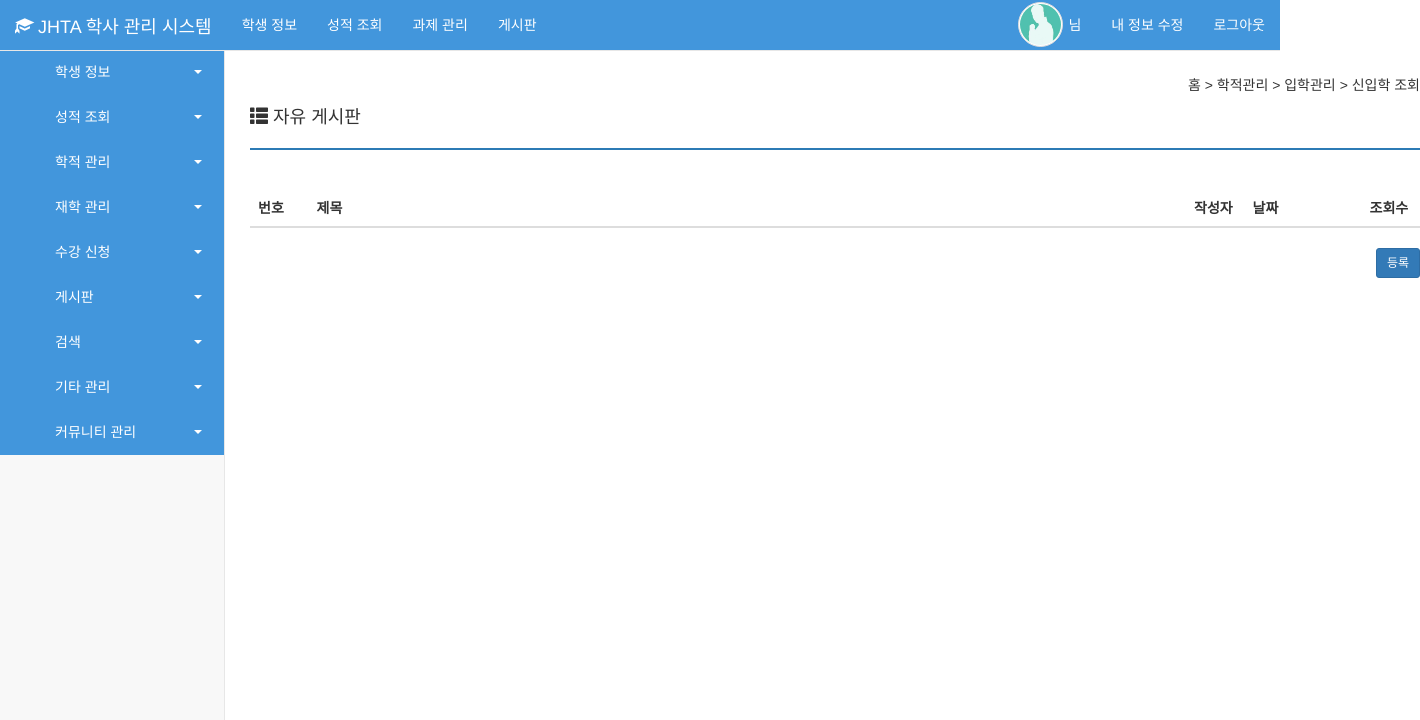
Repository: 92Hjun/spring
Page: http://localhost/spring-final/WEB-INF/views/stuboard/stufreeboard.jsp
These files come from the project's save history. The page is drawn as it stood at one moment and after the next save; the edit follows.
The browser window is 1280 px wide. The page is 1420 px wide, so the pictures cover 1420 px, including what lies to the right of the window. The pictures show the whole page.
Some web libraries are served in a nearby version. The page is served by Tomcat 9. Nobody is signed in. Other server files are loaded and not shown. The template is opened directly, without the code that normally fills it, so the values that code supplies are empty.

Above is the page before, as saved 2017-04-24 03:28:12.

### spring-final/src/main/webapp/WEB-INF/views/stuboard/stufreeboard.jsp
<%@ page language="java" contentType="text/html; charset=UTF-8"
    pageEncoding="UTF-8"%>
<%@taglib prefix="c" uri="http://java.sun.com/jsp/jstl/core" %>
<%@taglib prefix="fmt" uri="http://java.sun.com/jsp/jstl/fmt" %>
<!DOCTYPE html>
<html lang="ko">
<head>
<meta charset="UTF-8">
<meta name="viewport" content="width=device-width, initial-scale=1">
<link rel="stylesheet" href="https://maxcdn.bootstrapcdn.com/bootstrap/3.3.7/css/bootstrap.min.css">
<script src="https://ajax.googleapis.com/ajax/libs/jquery/3.1.1/jquery.min.js"></script>
<script src="https://maxcdn.bootstrapcdn.com/bootstrap/3.3.7/js/bootstrap.min.js"></script>
<title></title>
</head>
<body>
<%@ include file="/WEB-INF/views/navi/stunavi.jsp" %>
<%@ include file="/WEB-INF/views/navi/sidebarstud.jsp" %>
	<div class="container" style="margin-left: 250px; padding-top:25px;">
		<div class="row text-right">
			홈 > 학적관리 > 입학관리 > 신입학 조회
		</div>
		<div class="row">
			<h4><span class="glyphicon glyphicon-th-list"></span> 자유 게시판</h4>
			<hr style="border:solid 0.5px #2C7BB5;">
		</div>
		<div style="margin-top: 20px;"></div>
		<div class="row">
			<table class="table table-default">
				<colgroup>
					<col width="5%">
					<col width="*">
					<col width="5%">
					<col width="10%">
					<col width="5%">
				</colgroup>
				<thead>
					<tr>
						<th>번호</th>
						<th>제목</th>
						<th>작성자</th>
						<th>날짜</th>
						<th>조회수</th>
					</tr>
				</thead>
				<tbody>
					<c:forEach var="board" items="${boardList }">
						<tr>
							<td>${board.no }</td>
							<td><a href="studboarddetail?bno=${board.no }">${board.title }</a></td>
							<td>${board.writer }</td>
							<td> <fmt:formatDate value="${board.regdate }"/> </td>
							<td>${board.countView }</td>
						</tr>
					</c:forEach>
				</tbody>
			</table>
			<div class="text-right">
				<a href="addfreeboard" class="btn btn-primary btn-sm">등록</a>
			</div>
		</div>
	</div>
<%@ include file="/WEB-INF/views/footer/footer.jsp" %>
</body>
</html>

### spring-final/src/main/webapp/WEB-INF/views/navi/stunavi.jsp
<%@ page language="java" contentType="text/html; charset=UTF-8" pageEncoding="UTF-8"%>
<link rel="stylesheet" href="https://maxcdn.bootstrapcdn.com/bootstrap/3.3.7/css/bootstrap.min.css">
<script src="https://maxcdn.bootstrapcdn.com/bootstrap/3.3.7/js/bootstrap.min.js"></script>
 <style type="text/css">

@import url('//maxcdn.bootstrapcdn.com/font-awesome/4.4.0/css/font-awesome.min.css');

.navbar-default .navbar-nav #user-profile {
    height: 50px;
    padding-top: 15px;
    padding-left: 58px;
}

.navbar-default .navbar-nav #user-profile img {
    height: 45px;
    width: 45px;
    position: absolute;
    top: 2px;
    left: 8px;
    padding: 1px;
}

#wrapper {
    padding-top: 50px;
    padding-left: 0;
    -webkit-transition: all .5s ease;
    -moz-transition: all .5s ease;
    -o-transition: all .5s ease;
    transition: all .5s ease;
}

@media (min-width: 992px) {
    #wrapper {
        padding-left: 225px;
    }
}

@media (min-width: 992px) {
    #wrapper #sidebar-wrapper {
        width: 225px;
    }
}

#sidebar-wrapper {
    border-right: 1px solid #e7e7e7;
}

#sidebar-wrapper {
    z-index: 1000;
    position: fixed;
    left: 225px;
    width: 0;
    height: 100%;
    margin-left: -225px;
    overflow-y: auto;
    background: #f8f8f8;
    -webkit-transition: all .5s ease;
    -moz-transition: all .5s ease;
    -o-transition: all .5s ease;
    transition: all .5s ease;
}

#sidebar-wrapper .sidebar-nav {
    position: absolute;
    top: 0;
    width: 225px;
    font-size: 14px;
    margin: 0;
    padding: 0;
    list-style: none;
}

#sidebar-wrapper .sidebar-nav li {
    text-indent: 0;
    line-height: 45px;
}

#sidebar-wrapper .sidebar-nav li a {
    display: block;
    text-decoration: none;
    color: #fff;
}

#sidebar-wrapper .sidebar-nav li a .sidebar-icon {
    width: 45px;
    height: 45px;
    font-size: 14px;
    padding: 0 2px;
    display: inline-block;
    text-indent: 7px;
    margin-right: 10px;
    color: #000;
    float: left;
}

#sidebar-wrapper .sidebar-nav li a .caret {
  position: absolute;
  right: 23px;
  top: auto;
  margin-top: 20px;
}

#sidebar-wrapper .sidebar-nav li ul.panel-collapse {
    list-style: none;
    -moz-padding-start: 0;
    -webkit-padding-start: 0;
    -khtml-padding-start: 0;
    -o-padding-start: 0;
    padding-start: 0;
    padding: 0;
}

#sidebar-wrapper .sidebar-nav li ul.panel-collapse li i {
    margin-right: 10px;
}

#sidebar-wrapper .sidebar-nav li ul.panel-collapse li {
    text-indent: 15px;
}

@media (max-width: 992px) {
    #wrapper #sidebar-wrapper {
        width: 45px;
    }
    #wrapper #sidebar-wrapper #sidebar #sidemenu li ul {
        position: fixed;
        left: 45px;
        margin-top: -45px;
        z-index: 1000;
        width: 200px;
        height: 0;
    }
}

.sidebar-nav li a {
    color: #fff !important;
}
.sidebar-nav li ul li a {
	background-color: #fff !important;
	color: #0077e5 !important;
}
</style>
    <div id="navbar-wrapper">
        <header>
            <nav class="navbar navbar-default navbar-fixed-top" role="navigation" style="background-color: #4296dc;">
                <div class="container-fluid">
                    <div class="navbar-header">
                        <button type="button" class="navbar-toggle" data-toggle="collapse" data-target="#navbar-collapse">
                            <span class="sr-only">Toggle navigation</span>
                            <span class="icon-bar"></span>
                            <span class="icon-bar"></span>
                            <span class="icon-bar"></span>
                        </button>
                        <a class="navbar-brand" href="home" style="color: white;"><span class="glyphicon glyphicon-education"></span> JHTA 학사 관리 시스템</a>
                            <ul class="nav navbar-nav">
						      <li><a href="stuInfo" style="color: white;">학생 정보</a></li>
						      <li><a href="lookupScore" style="color: white;">성적 조회</a></li>
						      <li><a href="stuReport" style="color: white;">과제 관리</a></li>
						      <li><a href="studeptboard" style="color: white;">게시판</a></li>
    						</ul>
                    </div>

                    <div id="navbar-collapse" class="collapse navbar-collapse">
                        <ul class="nav navbar-nav navbar-right">
                        	<li><a id="user-profile" href="stuInfo"style="color: white;"><img src="../resources/images/map/defaultPersonSircle.jpg" class="img-responsive img-thumbnail img-circle"> ${LOGIN_USER.name }님</a></li>
                            <li><a href="stuInfo" style="color: white;">내 정보 수정</a></li>
                            <li><a href="/jhta/logout" style="color: white;">로그아웃</a></li>
                        </ul>
                    </div>
                </div>
            </nav>
        </header>
    </div>

### spring-final/src/main/webapp/WEB-INF/views/navi/sidebarstud.jsp
<%@ page language="java" contentType="text/html; charset=UTF-8"
    pageEncoding="UTF-8"%>
<script type="text/javascript">
</script>
	<div id="wrapper">
        <div id="sidebar-wrapper">
            <aside id="sidebar">
                <ul id="sidemenu" class="sidebar-nav" style="background-color: #4296dc;">
                    <li>
                        <a class="accordion-toggle collapsed toggle-switch" data-toggle="collapse" data-target="#submenu-2">
                            <span class="sidebar-icon"></span><span class="sidebar-title">학생 정보</span>
                            <b class="caret"></b>
                        </a>
                        <ul id="submenu-2" class="panel-collapse collapse panel-switch" role="menu">
                            <li><a href="stuInfo"><i class="fa fa-caret-right"></i>정보 조회</a></li>
                            <li><a href="stuPwdCheck"><i class="fa fa-caret-right"></i>비밀번호 변경</a></li>
                        </ul>
                    </li>
                    <li>
                        <a class="accordion-toggle collapsed toggle-switch" data-toggle="collapse" href="#submenu-3">
                            <span class="sidebar-icon"></span><span class="sidebar-title">성적 조회</span>
                            <b class="caret"></b>
                        </a>
                        <ul id="submenu-3" class="panel-collapse collapse panel-switch" role="menu">
                            <li><a href="lookupScore"><i class="fa fa-caret-right"></i>현학기 성적 조회</a></li>
                            <li><a href="lookupAllScore"><i class="fa fa-caret-right"></i>전체학기 성적 조회</a></li>
                        </ul>
                    </li>
                    <li>
                        <a class="accordion-toggle collapsed toggle-switch" data-toggle="collapse" href="#submenu-4">
                            <span class="sidebar-icon"></span><span class="sidebar-title">학적 관리</span>
                            <b class="caret"></b>
                        </a>
                        <ul id="submenu-4" class="panel-collapse collapse panel-switch" role="menu">
                            <li><a href="leave"><i class="fa fa-caret-right"></i>휴학 신청</a></li>
                            <li><a href="reinstate"><i class="fa fa-caret-right"></i>복학 신청</a></li>
                            <li><a href="dropoff"><i class="fa fa-caret-right"></i>자퇴 신청</a></li>
                        </ul>
                    </li>
                    <li>
                        <a class="accordion-toggle collapsed toggle-switch" data-toggle="collapse" href="#submenu-5">
                            <span class="sidebar-icon"></span><span class="sidebar-title">재학 관리</span>                            <b class="caret"></b>
                        </a>
                        <ul id="submenu-5" class="panel-collapse collapse panel-switch" role="menu">
                            <li><a href="stuReport"><i class="fa fa-caret-right"></i>과제 관리</a></li>
                            <li><a href="stuAttendance"><i class="fa fa-caret-right"></i>출결 관리</a></li>
                            <li><a href="studenttime"><i class="fa fa-caret-right"></i>시간표</a></li>
                        </ul>
                    </li>
                    <li>
                        <a class="accordion-toggle collapsed toggle-switch" data-toggle="collapse" href="#submenu-6">
                            <span class="sidebar-icon"></span><span class="sidebar-title">수강 신청</span>
                            <b class="caret"></b>
                        </a>
                        <ul id="submenu-6" class="panel-collapse collapse panel-switch" role="menu">
                            <li><a href="enrollMain"><i class="fa fa-caret-right"></i>수강 신청</a></li>
                            <li><a href="nowEnrollList"><i class="fa fa-caret-right"></i>수강 목록</a></li>
                        </ul>
                    </li>
                    <li>
                        <a class="accordion-toggle collapsed toggle-switch" data-toggle="collapse" href="#submenu-7">
                            <span class="sidebar-icon"></span><span class="sidebar-title">게시판</span>
                            <b class="caret"></b>
                        </a>
                        <ul id="submenu-7" class="panel-collapse collapse panel-switch" role="menu">
                            <li><a href="studeptboard"><i class="fa fa-caret-right"></i>학과 게시판</a></li>
                            <li><a href="stufreeboard"><i class="fa fa-caret-right"></i>자유 게시판</a></li>
                            <li><a href="stuqnaboard"><i class="fa fa-caret-right"></i>Q&amp;A 게시판</a></li>
                        </ul>
                    </li>
                    <li>
                        <a class="accordion-toggle collapsed toggle-switch" data-toggle="collapse" href="#submenu-8">
                            <span class="sidebar-icon"></span><span class="sidebar-title">검색</span>
                            <b class="caret"></b>
                        </a>
                        <ul id="submenu-8" class="panel-collapse collapse panel-switch" role="menu">
                            <li><a href="#"><i class="fa fa-caret-right"></i>논문 검색</a></li>
                            <li><a href="#"><i class="fa fa-caret-right"></i>도서 검색</a></li>
                        </ul>
                    </li>
                    <li>
                        <a class="accordion-toggle collapsed toggle-switch" data-toggle="collapse" href="#submenu-8">
                            <span class="sidebar-icon"></span><span class="sidebar-title">기타 관리</span>
                            <b class="caret"></b>
                        </a>
                        <ul id="submenu-8" class="panel-collapse collapse panel-switch" role="menu">
                            <li><a href="#"><i class="fa fa-caret-right"></i>기타1</a></li>
                            <li><a href="#"><i class="fa fa-caret-right"></i>기타2</a></li>
                        </ul>
                    </li>
                    <li>
					     <a class="accordion-toggle collapsed toggle-switch" data-toggle="collapse" href="#submenu-9">
					         <span class="sidebar-icon"></span><span class="sidebar-title">커뮤니티 관리</span>
					         <b class="caret"></b>
					     </a>
					     <ul id="submenu-9" class="panel-collapse collapse panel-switch" role="menu">
					         <li><a href="sturecmessagebox"><i class="fa fa-caret-right"></i>쪽지 관리</a></li>
					     </ul>
					 </li>
                </ul>
            </aside>
        </div>
    </div>

### spring-final/src/main/webapp/WEB-INF/views/footer/footer.jsp

		</div>
        <!-- /#page-wrapper -->
    </div>
    <!-- /#wrapper -->
</body>
</html>

### spring-final/src/main/webapp/WEB-INF/views/board/nav.jsp
<%@ page language="java" contentType="text/html; charset=UTF-8"
    pageEncoding="UTF-8"%>
<%@taglib prefix="c" uri="http://java.sun.com/jsp/jstl/core"%>
<!DOCTYPE html>
<html lang="ko">
<head>
<meta charset="UTF-8">
<title>Insert title here</title>
</head>
<body>
<ul class="pagination">
	<c:if test="${pagination.currentBlock gt 1 }">
		<li>
			<a href="${link }?pageNo=${pagination.prevBlock }" id="navi-${pagination.prevBlock }" aria-label="Previous">
				<span aria-hidden="true">&laquo;</span>
			</a>
		</li>
	</c:if>
	<c:forEach var="pno" begin="${pagination.beginPage }" end="${pagination.endPage }">
		<c:choose>
			<c:when test="${pno eq pagination.currentPage }">
				<li class="active">
					<a href="${link }?pageNo=${pno }" id="navi-${pno }">${pno }</a>
				</li>
			</c:when>
			<c:otherwise>
				<li>
					<a href="${link }?pageNo=${pno }" id="navi-${pno }">${pno }</a>
				</li>
			</c:otherwise>
		</c:choose>
	</c:forEach>
	<c:if test="${pagination.currentBlock lt pagination.totalBlocks }">
		<li>
			<a href="${link }?pageNo=${pagination.nextBlock }" id="navi-${pagination.nextBlock }" aria-label="Next">
				<span aria-hidden="true">&raquo;</span>
			</a>
		</li>
	</c:if>
</ul>
</body>
</html>

After the next save:
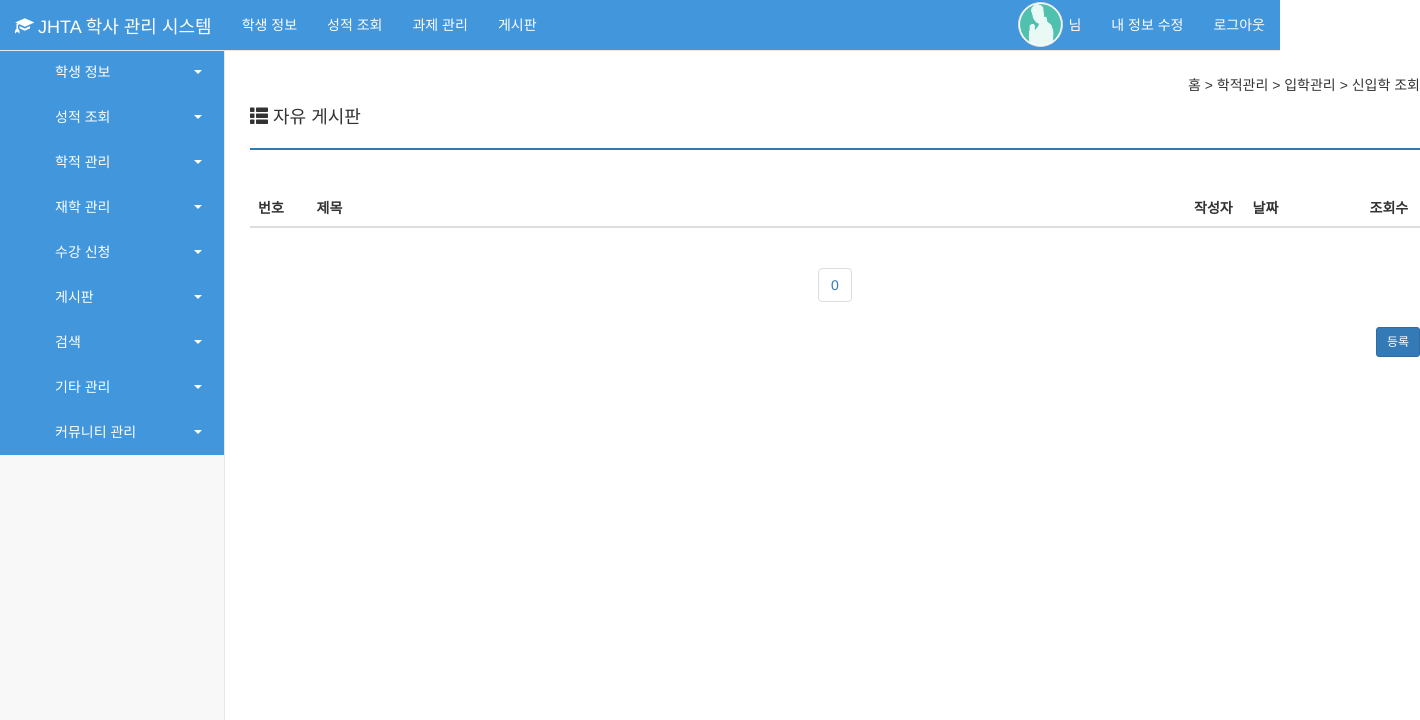
Saved 14 min 41 s later.
--- a/spring-final/src/main/webapp/WEB-INF/views/stuboard/stufreeboard.jsp
+++ b/spring-final/src/main/webapp/WEB-INF/views/stuboard/stufreeboard.jsp
@@ -54,6 +54,9 @@
 					</c:forEach>
 				</tbody>
 			</table>
+			<div class="text-center">
+				<%@ include file="/WEB-INF/views/board/nav.jsp" %>
+			</div>
 			<div class="text-right">
 				<a href="addfreeboard" class="btn btn-primary btn-sm">등록</a>
 			</div>
